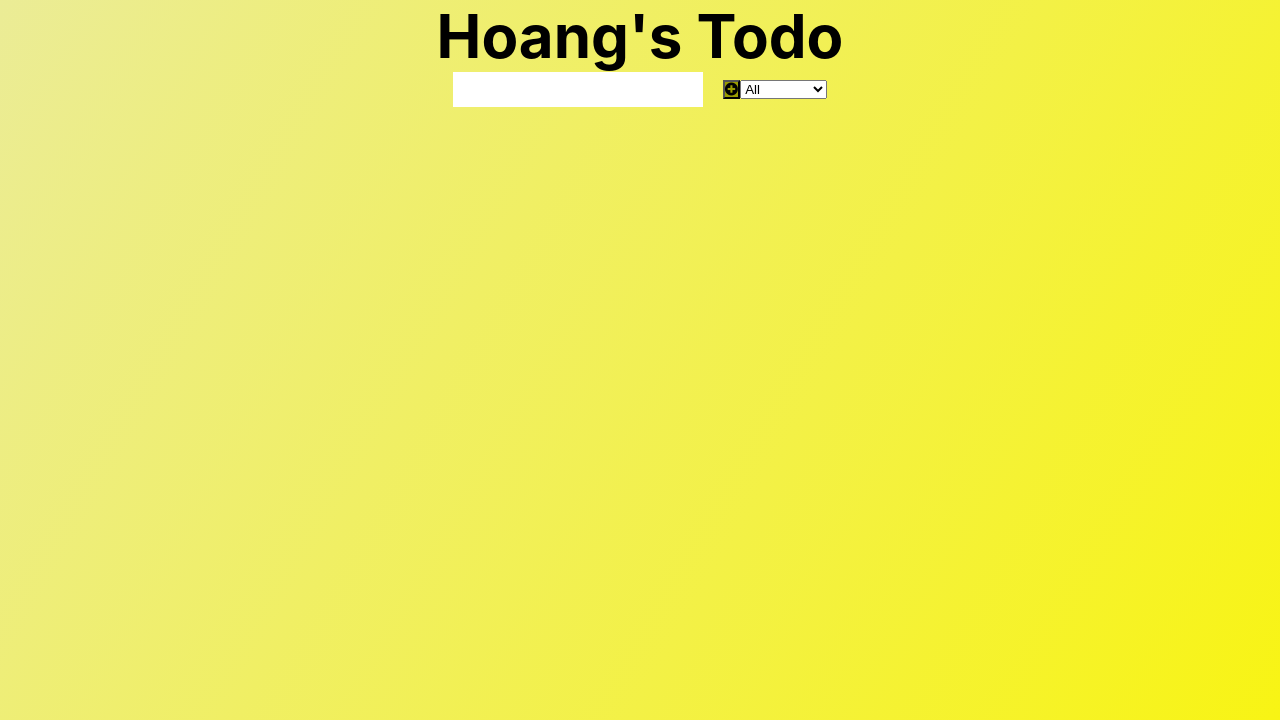
Repository: DinhHoang0607/TodoReact
Page: /
The author's editor kept a copy of each file at every save. The page is drawn from the files as they stood at one save, then again after the next save.
The browser window is 1280 px wide. The pictures show the whole page.
Some web libraries are served in a nearby version. The project was rebuilt for these pictures with package versions that can differ from the ones it lists, and the page was loaded fresh each time.

Above is the page before, as saved 2021-09-09 20:29:50.

### public/index.html
<!DOCTYPE html>
<html lang="en">
  <head>
    <meta charset="utf-8" />
    <link rel="icon" href="%PUBLIC_URL%/favicon.ico" />
    <meta name="viewport" content="width=device-width, initial-scale=1" />
    <meta name="theme-color" content="#000000" />
    <meta
      name="description"
      content="Web site created using create-react-app"
    />
    <link rel="apple-touch-icon" href="%PUBLIC_URL%/logo192.png" />
    <!--
      manifest.json provides metadata used when your web app is installed on a
      user's mobile device or desktop. See https://developers.google.com/web/fundamentals/web-app-manifest/
    -->
    <link rel="stylesheet" href="https://pro.fontawesome.com/releases/v5.10.0/css/all.css" integrity="sha384-AYmEC3Yw5cVb3ZcuHtOA93w35dYTsvhLPVnYs9eStHfGJvOvKxVfELGroGkvsg+p" crossorigin="anonymous"/>
    <link rel="manifest" href="%PUBLIC_URL%/manifest.json" />
    <!--
      Notice the use of %PUBLIC_URL% in the tags above.
      It will be replaced with the URL of the `public` folder during the build.
      Only files inside the `public` folder can be referenced from the HTML.

      Unlike "/favicon.ico" or "favicon.ico", "%PUBLIC_URL%/favicon.ico" will
      work correctly both with client-side routing and a non-root public URL.
      Learn how to configure a non-root public URL by running `npm run build`.
    -->
    <title>React App</title>
  </head>
  <body>
    <noscript>You need to enable JavaScript to run this app.</noscript>
    <div id="root"></div>
    <!--
      This HTML file is a template.
      If you open it directly in the browser, you will see an empty page.

      You can add webfonts, meta tags, or analytics to this file.
      The build step will place the bundled scripts into the <body> tag.

      To begin the development, run `npm start` or `yarn start`.
      To create a production bundle, use `npm run build` or `yarn build`.
    -->
  </body>
</html>

### src/App.js
import "./App.css";
import React from "react";
import Form from "./components/Form";

function App() {
  return (
    <div className="App">
      <header>
        <h1>Hoang's Todo</h1>
      </header>
      <Form />
    </div>
  );
}

export default App;

### src/App.css
*,
*::before,
*::after {
  box-sizing: border-box;
  padding: 0;
  margin: 0;
}
html {
  font-size: 62.5%;
}
body {
  width: 100%;
  height: 100vh;
  background-image: linear-gradient(120deg, #ebec96 0%, #f8f414 100%);
}
header {
  font-size: 3rem;
  margin: 0 auto;
}
header,
form {
  display: flex;
  justify-content: center;
  align-items: center;
}
.form__input {
  width: 25rem;
  height: 3.5rem;
  border: none;
  background: white;
}
.form__btn {
  background-color: #9a9c01;
  margin-left: 2rem;
}

### src/components/Form.js
import React from "react";
const Form = () => {
  return (
    <form className="form">
      <input type="text" className="form__input" />
      <button className="form__btn" type="submit">
        <i class="fas fa-plus-circle"></i>
      </button>
      <div className="form__select">
        <select name="items" className="select__item">
          <option value="all" selected="selected">
            All
          </option>
          <option value="completed">Completed</option>
          <option value="inProcess">InProcess</option>
        </select>
      </div>
    </form>
  );
};

export default Form;

Loaded but not shown: src/index.js (common file); src/index.css (common file); src/reportWebVitals.js (common file)

After the next save:
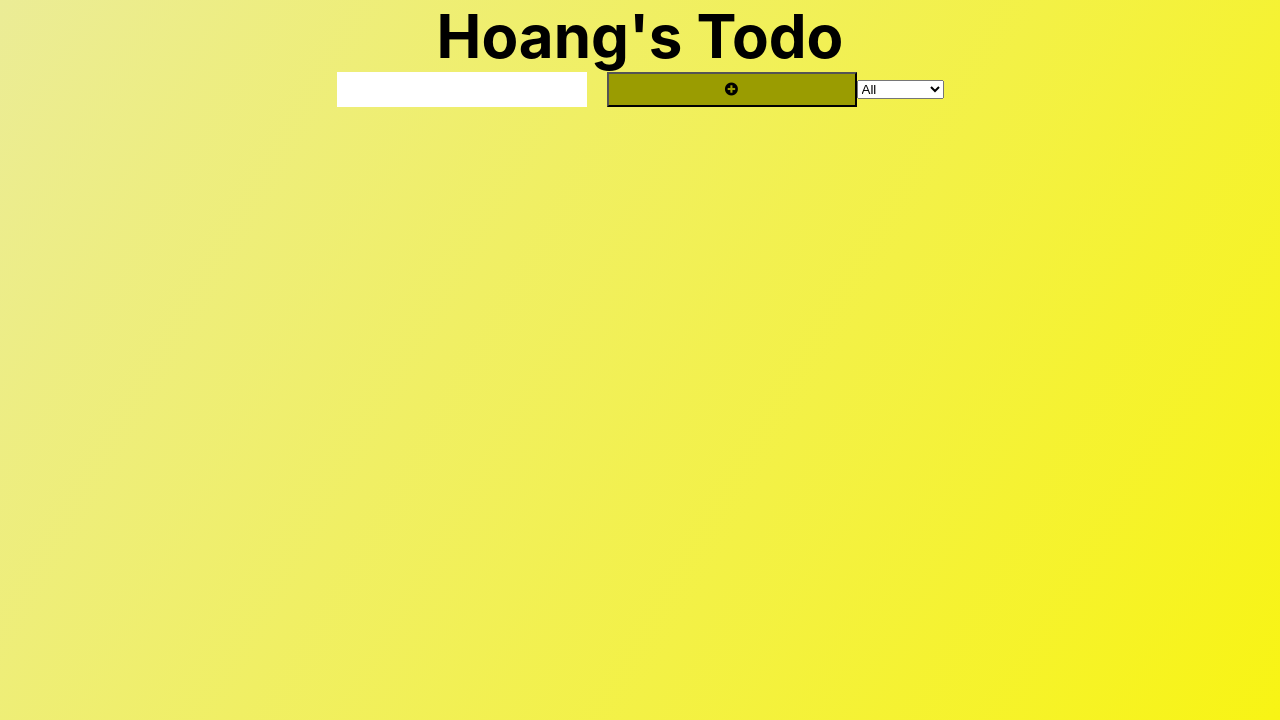
Saved 11 s later.
--- a/src/App.css
+++ b/src/App.css
@@ -32,4 +32,6 @@
 .form__btn {
   background-color: #9a9c01;
   margin-left: 2rem;
+  width: 25rem;
+  height: 3.5rem;
 }

After the 2 saves that followed:
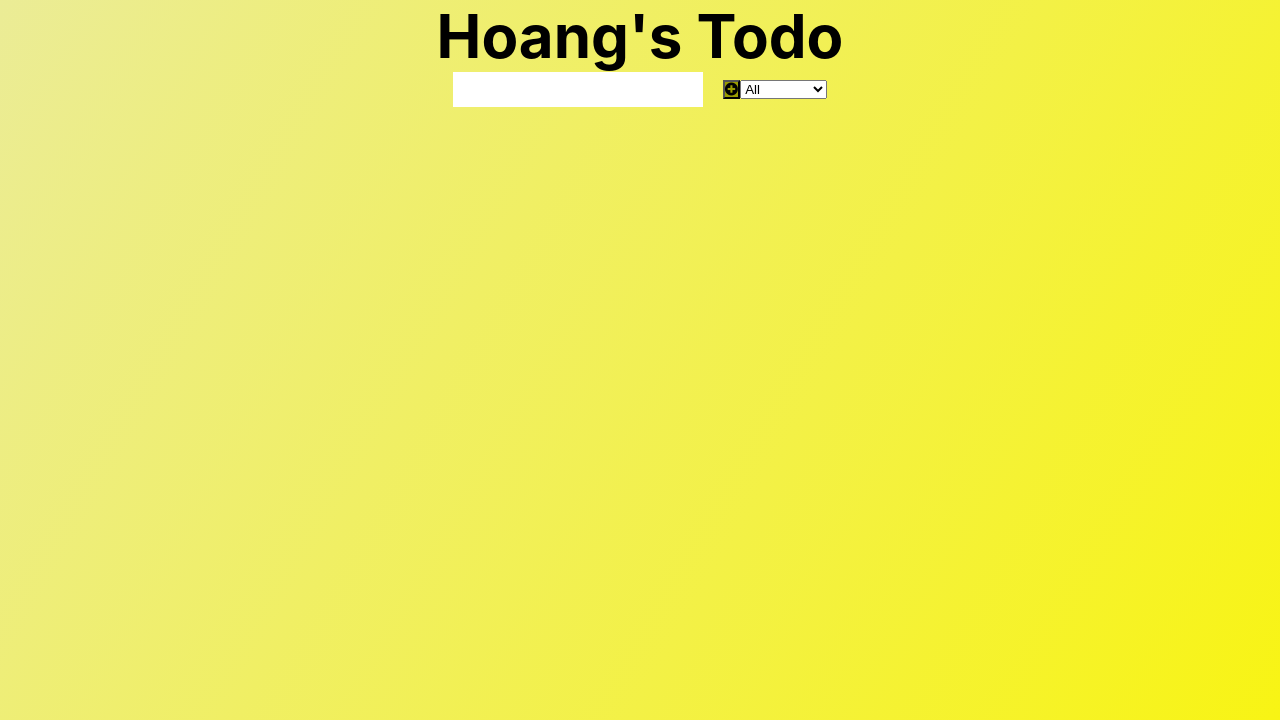
The 2 saves are shown as one change because they came seconds apart.
The last was saved 8 s later.
--- a/src/App.css
+++ b/src/App.css
@@ -32,6 +32,5 @@
 .form__btn {
   background-color: #9a9c01;
   margin-left: 2rem;
-  width: 25rem;
-  height: 3.5rem;
+
 }
